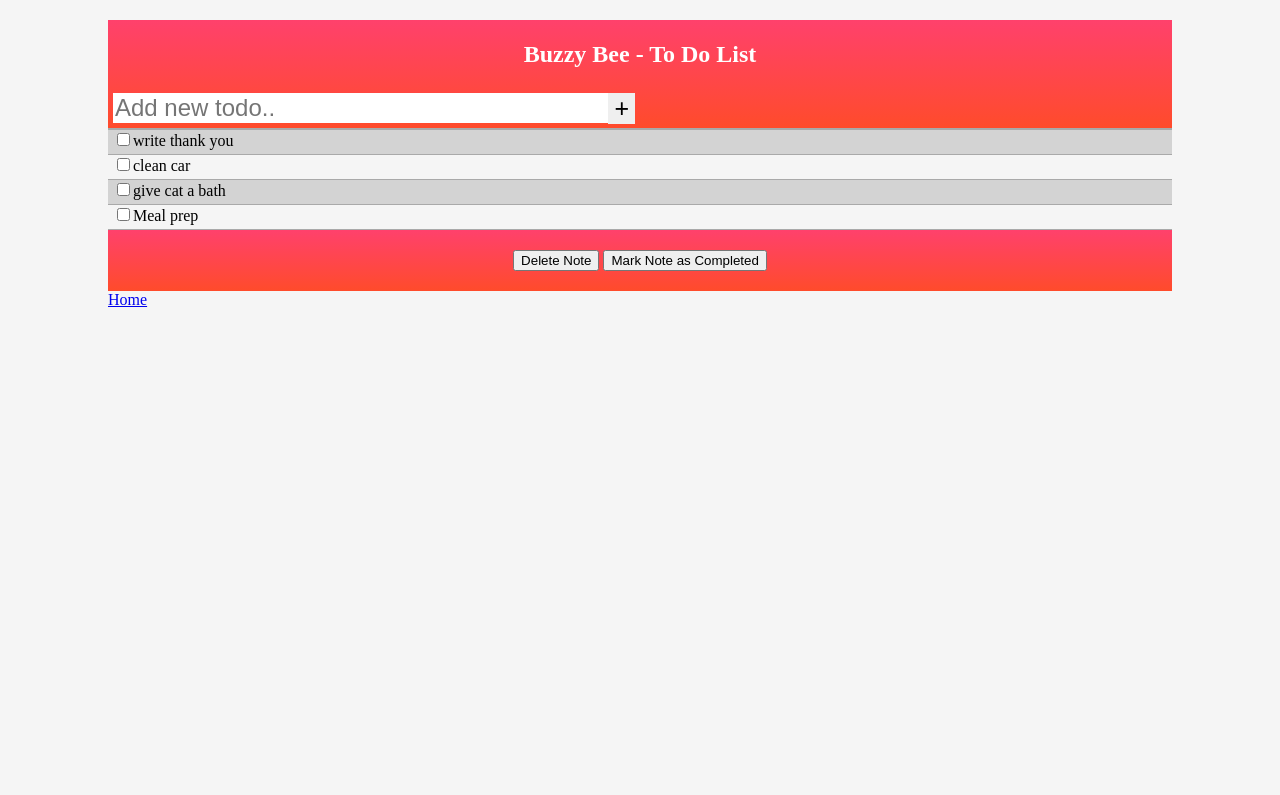
Repository: seleniadelgado/backend-spring2020-angie
Page: projects/todo/public_html/index.html
An editor plug-in stored every save of this project. The page is shown before and after the next save, followed by the edit.
The browser window is 1280 px wide. The pictures show the whole page.
The page's requests for data from a server got no answer.

Above is the page before, as saved 2020-05-12 22:27:13.

After the next save:
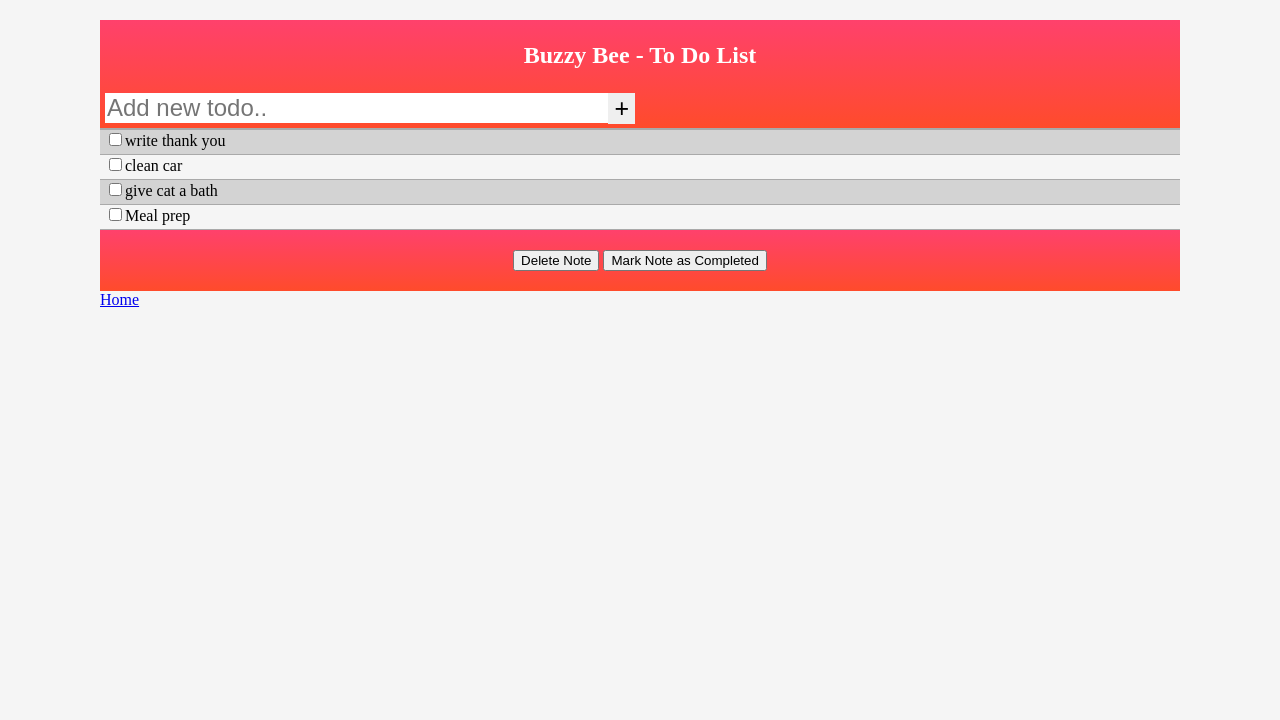
Saved 7 s later.
--- a/projects/todo/public_html/styles.css
+++ b/projects/todo/public_html/styles.css
@@ -10,7 +10,7 @@ html {
 * {
     box-sizing: border-box;
 }
-html {
+body {
     margin: 0px 100px 75px 100px;
 }
 
